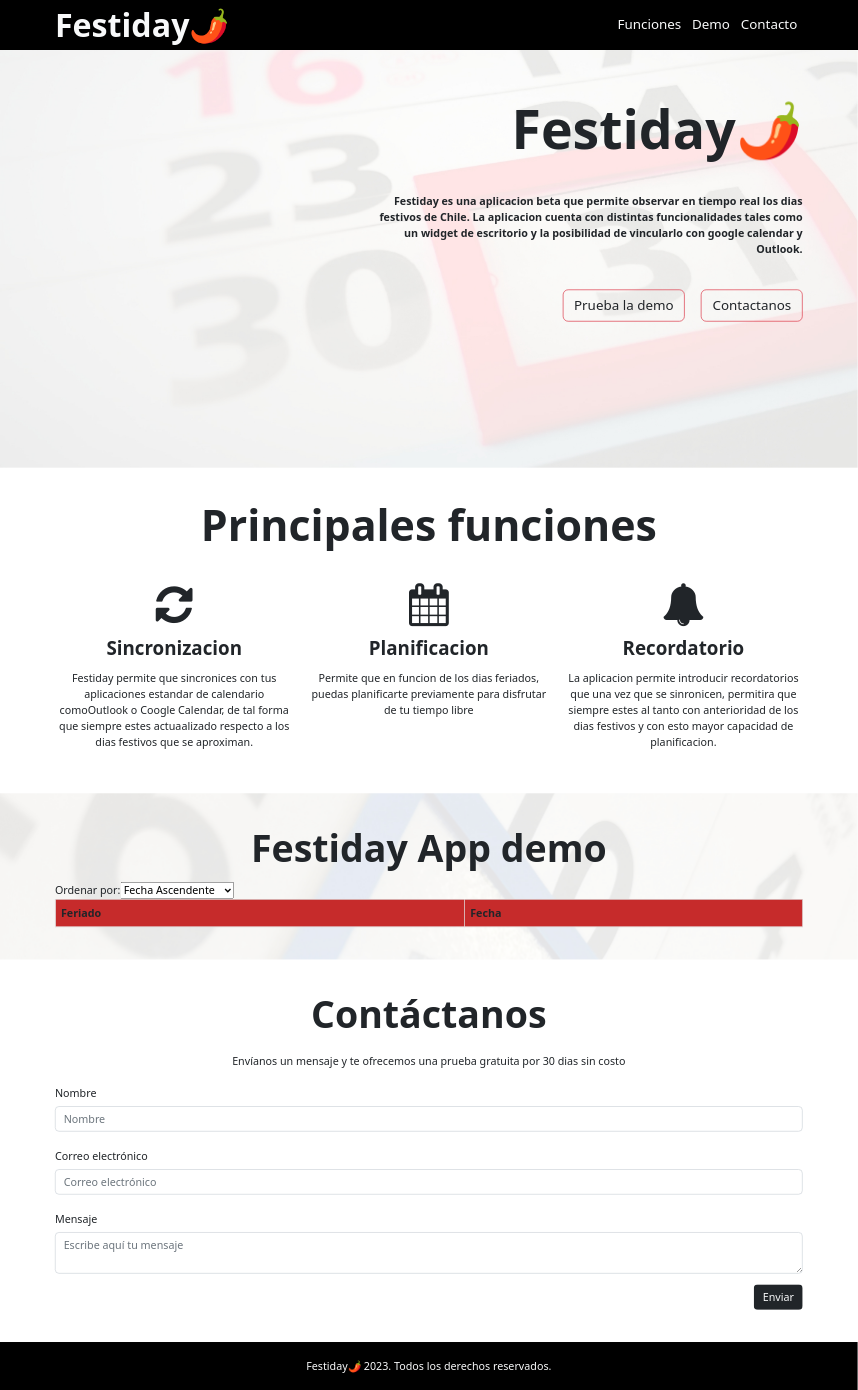
Repository: cvalenciapatagonia/Desafio-4-React-I
Page: /
An editor plug-in stored every save of this project. The page is shown before and after the next save, followed by the edit.
The browser window is 1280 px wide. The pictures show the whole page, at 67% of full size.
The page's requests for data from a server got no answer. The project was rebuilt for these pictures with package versions that can differ from the ones it lists, and the page was loaded fresh each time. No one was signed in, and anything a server would have sent is missing. Also part of the build but not shown: vite.config.js.

Above is the page before, as saved 2023-09-08 17:11:21.

### index.html
<!doctype html>
<html lang="en">
  <head>
    <meta charset="UTF-8" />
    <link rel="icon" type="image/svg+xml" href="/vite.svg" />
    <meta name="viewport" content="width=device-width, initial-scale=1.0" />
    <title>Desafio 4 React I</title>
  </head>
  <body>
    <div id="root">


    </div>
    <script type="module" src="/src/main.jsx"></script>
  </body>
</html>

### src/main.jsx

import React from 'react'
import ReactDOM from 'react-dom/client'
import App from './App.jsx'

import './index.css'


ReactDOM.createRoot(document.getElementById('root')).render(
  <React.StrictMode>
    <App />
  </React.StrictMode>,
)

### src/App.jsx
import React, { useState } from "react";
import "font-awesome/css/font-awesome.css";
import "bootstrap/dist/css/bootstrap.min.css";
import MiApi from "./components/MiApi";
import Buscador from "./components/Buscador";

function App() {
  const [sortOption, setSortOption] = useState("asc"); // Estado para almacenar la opción de ordenamiento

  return (
    <div className="App">
      <header>
        {/* BARRA DE NAVEGACION */}
        <nav className="navbar navbar-expand-lg navbar-dark fixed-top navbar-custom">
          <div className="container">
            <p className="display-5 fw-bold text-light logo-img">
              Festiday🌶️ {/* El signo agregado significa "cursando" */}
            </p>{" "}
            <button
              className="navbar-toggler"
              type="button"
              data-bs-toggle="collapse"
              data-bs-target="#navbarTogglerDemo01"
              aria-controls="navbarTogglerDemo01"
              aria-expanded="false"
              aria-label="Toggle navigation"
            >
              <span className="navbar-toggler-icon"></span>
            </button>
            <div className="collapse navbar-collapse" id="navbarTogglerDemo01">
              <a className="navbar-brand" href="#"></a>
              <ul className="navbar-nav ms-auto mb-2 mb-lg-0 fs-5">
                <li className="nav-item">
                  <a
                    className="nav-link active text-light"
                    aria-current="page"
                    href="#Function-container"
                  >
                    Funciones
                  </a>
                </li>
                <li className="nav-item">
                  <a
                    className="nav-link active text-light"
                    href="#app-demo"
                  >
                    Demo
                  </a>
                </li>
                <li className="nav-item">
                  <a className="nav-link active text-light" href="#Contacto">
                    Contacto
                  </a>
                </li>
              </ul>
            </div>
          </div>
        </nav>
        {/* Fin de la barra de navegación */}
      </header>

      <section id="Hero-Section" className="text-dark text-end py-5 mt-5">
        <div className="container">
          <div className="ms-auto col-12 col-md-7">
            <h1 className="display-1 fw-bold my-5">
              Festiday🌶️ {/* El signo agregado significa "cursando" */}
            </h1>
            <p className="my-5 fw-bold">
              Festiday es una aplicacion beta que permite observar en tiempo
              real los dias festivos de Chile. La aplicacion cuenta con
              distintas funcionalidades tales como un widget de escritorio y la
              posibilidad de vincularlo con google calendar y Outlook.
            </p>
            <div className="mb-5 pb-5">
              <a
                className="btn btn-lg btn-outline-danger text-dark me-4"
                href="#app-demo"
              >
                Prueba la demo
              </a>
              <a
                className="btn btn-lg btn-outline-danger text-dark"
                href="#Contacto"
              >
                Contactanos
              </a>
            </div>
          </div>
        </div>
      </section>

      {/* FUNCIONES */}
      <section id="Function-container" className="">
        <div className="description-container container text-center my-5">
        <h2 className="display-3 fw-bold my-4 mb-5">Principales funciones</h2>

        <div className="row">
          <div className="col-12 col-md-4">
            <i className="fa fa-refresh fa-4x"></i>
            <h3 className="my-3 fw-bold">Sincronizacion</h3>
            <p className="my-3">
              Festiday permite que sincronices con tus aplicaciones estandar de
              calendario comoOutlook o Coogle Calendar, de tal forma que siempre
              estes actuaalizado respecto a los dias festivos que se aproximan.
            </p>
          </div>
          <div className="col-12 col-md-4">
            <i className="fa fa-calendar fa-4x"></i>
            <h3 className="my-3 fw-bold">Planificacion</h3>
            <p className="my-3">
              Permite que en funcion de los dias feriados, puedas planificarte
              previamente para disfrutar de tu tiempo libre
            </p>
          </div>
          <div className="col-12 col-md-4">
            <i className="fa fa-bell fa-4x"></i>
            <h3 className="my-3 fw-bold">Recordatorio</h3>
            <p className="my-3">
              La aplicacion permite introducir recordatorios que una vez que se
              sinronicen, permitira que siempre estes al tanto con anterioridad
              de los dias festivos y con esto mayor capacidad de planificacion.
            </p>
          </div>
        </div>
        </div>
      </section>
      {/* Fin de FUNCIONES */}

      {/* APP DEMO */}
      <section id="app-demo" className="my-5 p-5">
        <div className="container">
          <h2 className="display-4 fw-bold text-center text-dark mb-3">
            Festiday App demo
          </h2>
          <Buscador onSortChange={setSortOption} />
          <MiApi
            apiURL="https://api.victorsanmartin.com/feriados/en.json"
            sortOption={sortOption}
          />

          <div className="row"></div>
        </div>
      </section>
      {/* Fin de APP DEMO */}

      {/* CONTACTAME */}
      <section id="Contacto">
        <div className="form-container container my-5">
          <h2 className="display-4 fw-bold text-center my-4">Contáctanos</h2>

          <p className="text-center my-4 d-none d-md-block">
            Envíanos un mensaje y te ofrecemos una prueba gratuita por 30 dias
            sin costo
          </p>

          <form>
            <div className="form-group mb-4">
              <label className="mb-2">Nombre</label>
              <input className="form-control" placeholder="Nombre" />
            </div>

            <div className="form-group mb-4">
              <label className="mb-2">Correo electrónico</label>
              <input
                className="form-control"
                placeholder="Correo electrónico"
              />
            </div>

            <div className="form-group">
              <label className="mb-2">Mensaje</label>
              <textarea
                className="form-control"
                placeholder="Escribe aquí tu mensaje"
              ></textarea>
            </div>

            <div className="my-3 text-end">
              <button className="btn bg-dark text-light">Enviar</button>
            </div>
          </form>
        </div>
      </section>
      {/* Fin de CONTACTAME */}

      {/* FOOTER */}
      <footer className="text-center text-light p-4">
        <p className="mb-0">Festiday🌶️ 2023. Todos los derechos reservados.</p>
      </footer>
      {/* Fin de FOOTER */}
    </div>
  );
}

export default App;

### src/index.css
h1 {
  font-size: 3.2em;
  line-height: 1.1;
}

table {
  width: 100%;
  border-collapse: collapse;
}

table th,
table td {
  text-align: start;
  padding: 8px;
  border: 1px solid #ddd;
}

table th {
  background-color: rgb(198, 43, 43);
  font-weight: bold;
}

.navbar-custom {
  background-color: rgb(0, 0, 0);
}

.logo-img {
  margin: 0;
  padding: 0;
}

@media (max-width: 576px) {
  .img-logo {
    height: 150px;
    width: 250px;
  }
}

#Hero-Section {
  background-repeat: no-repeat;
  background-size: cover;
  background-position: left;
  height: 650px;
  background-image: url(./assets/img/bg1.jpg);
}

#app-demo {
  background-image: url(./assets/img/bg2.jpg);
  background-repeat: no-repeat;
  background-size: cover;
  background-position: left;
}

footer {
  background-color: black;
}

.button-custom {
  background-color: black;
}

.subtitulo2 {
  display: inline;
  font-size: 2em;
}

@media only screen and (max-width: 576px) {
  .subtitulo2 {
    font-size: 1.2rem;
    line-height: 1.2;
  }
}

### src/components/MiApi.jsx
import React, { useEffect, useState } from 'react';
import moment from 'moment';

function MiApi({ apiURL, sortOption }) {
  const [holidays, setHolidays] = useState([]);
  const [sortedHolidays, setSortedHolidays] = useState([]);

  useEffect(() => {
    fetch(apiURL)
      .then((response) => response.json())
      .then((data) => {
        if (data.status === 'success') {
          setHolidays(data.data);
        }
      })
      .catch((error) => {
        console.error('Error al obtener datos de la API de feriados de Chile:', error);
      });
  }, [apiURL]);

  useEffect(() => {
    const sortHolidays = () => {
      const sorted = [...holidays];
      if (sortOption === 'asc') {
        sorted.sort((a, b) => moment(a.date).diff(moment(b.date)));
      } else if (sortOption === 'desc') {
        sorted.sort((a, b) => moment(b.date).diff(moment(a.date)));
      } else if (sortOption === 'month') {
        sorted.sort((a, b) => moment(a.date).month() - moment(b.date).month());
      }
      setSortedHolidays(sorted);
    };

    sortHolidays();
  }, [sortOption, holidays]);

  return (
    <div className="MiApi">
      <table>
        <thead>
          <tr>
            <th>Feriado</th>
            <th>Fecha</th>
          </tr>
        </thead>
        <tbody>
          {sortedHolidays.map((holiday) => (
            <tr key={holiday.date}>
              <td>{holiday.title}</td>
              <td>{holiday.date}</td>
            </tr>
          ))}
        </tbody>
      </table>
    </div>
  );
}

export default MiApi;

### src/components/Buscador.jsx
import React, { useState } from 'react';

function Buscador({ onSortChange }) {
  const [sortOption, setSortOption] = useState('asc'); // Opción de ordenamiento predeterminada

  const handleSortChange = (e) => {
    const selectedOption = e.target.value;
    setSortOption(selectedOption);
    onSortChange(selectedOption);
  };

  return (
    <div className="Buscador">
      <label htmlFor="sortSelect">Ordenar por:</label>
      <select id="sortSelect" value={sortOption} onChange={handleSortChange}>
        <option value="asc">Fecha Ascendente</option>
        <option value="desc">Fecha Descendente</option>
        <option value="month">Por Mes</option>
      </select>
    </div>
  );
}

export default Buscador;

After the next save:
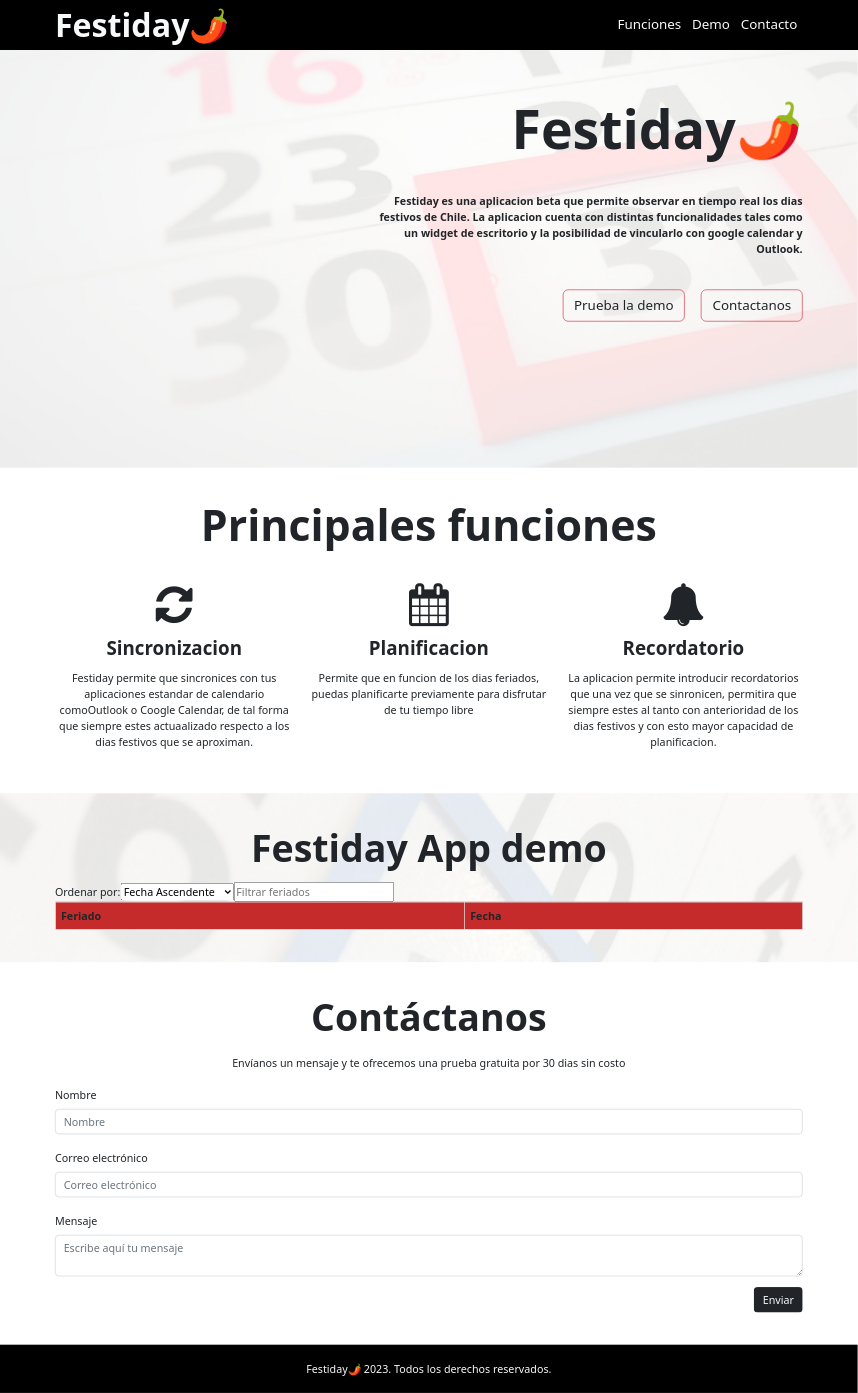
Saved 118 min 17 s later.
--- a/src/components/Buscador.jsx
+++ b/src/components/Buscador.jsx
@@ -1,12 +1,19 @@
 import React, { useState } from 'react';
 
-function Buscador({ onSortChange }) {
+function Buscador({ onSortChange, onFilterChange }) {
   const [sortOption, setSortOption] = useState('asc'); // Opción de ordenamiento predeterminada
+  const [filterText, setFilterText] = useState(''); // Texto de filtrado
 
   const handleSortChange = (e) => {
     const selectedOption = e.target.value;
     setSortOption(selectedOption);
     onSortChange(selectedOption);
+  };
+
+  const handleFilterChange = (e) => {
+    const searchText = e.target.value;
+    setFilterText(searchText);
+    onFilterChange(searchText);
   };
 
   return (
@@ -17,6 +24,12 @@ function Buscador({ onSortChange }) {
         <option value="desc">Fecha Descendente</option>
         <option value="month">Por Mes</option>
       </select>
+      <input
+        type="text"
+        placeholder="Filtrar feriados"
+        value={filterText}
+        onChange={handleFilterChange}
+      />
     </div>
   );
 }
